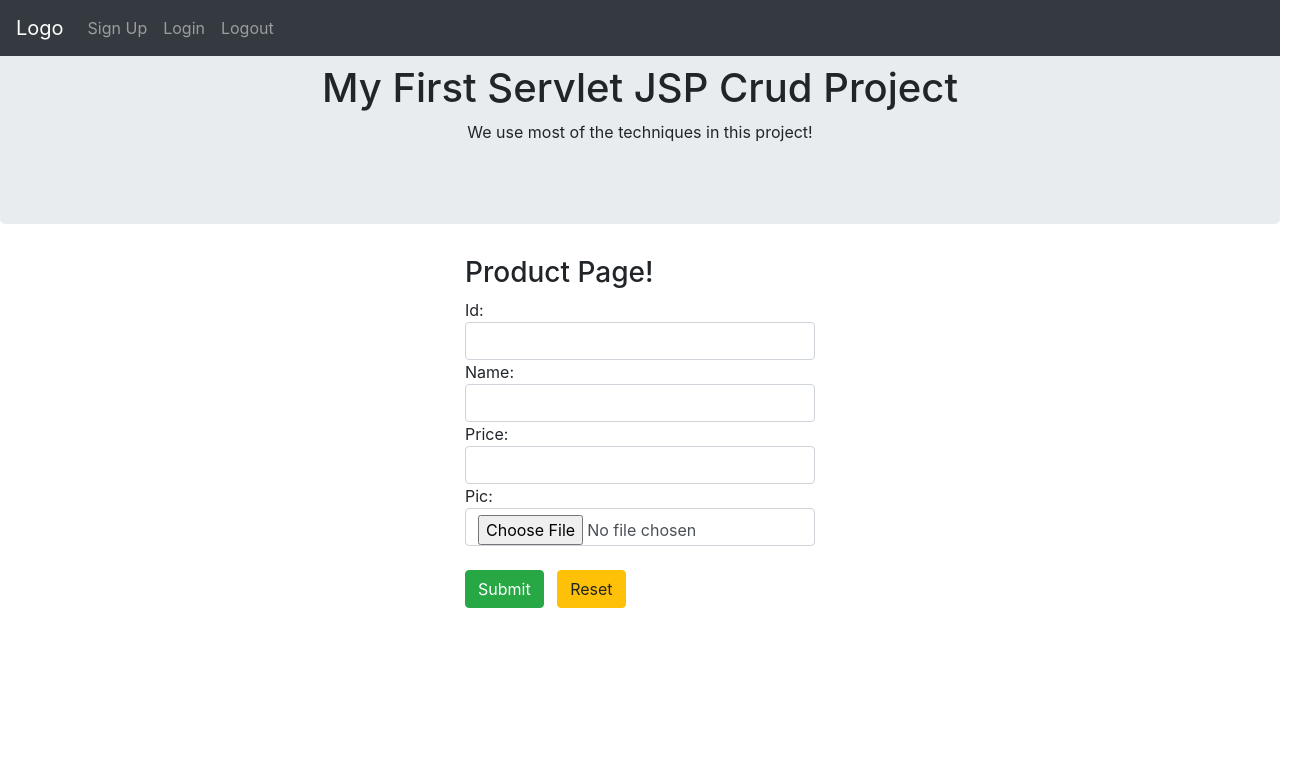
Repository: jagasia/sep-07
Page: http://localhost/sep-07-04/product.jsp
The author's editor kept a copy of each file at every save. The page is drawn from the files as they stood at one save, then again after the next save.
The browser window is 1280 px wide. The page is 1295 px wide, so the pictures cover 1295 px, including what lies to the right of the window. The pictures show the whole page.
The page is served by Tomcat 9. Other server files are loaded and not shown.

Above is the page before, as saved 2022-09-09 04:11:55.

### sep-07-04/WebContent/product.jsp
<%@ page language="java" contentType="text/html; charset=ISO-8859-1"
    pageEncoding="ISO-8859-1"%>
<!DOCTYPE html>
<html>
<head>
<meta charset="ISO-8859-1">
<title>Insert title here</title>
  <link rel="stylesheet" href="https://cdn.jsdelivr.net/npm/bootstrap@4.6.1/dist/css/bootstrap.min.css">
  <script src="https://cdn.jsdelivr.net/npm/jquery@3.6.0/dist/jquery.slim.min.js"></script>
  <script src="https://cdn.jsdelivr.net/npm/popper.js@1.16.1/dist/umd/popper.min.js"></script>
  <script src="https://cdn.jsdelivr.net/npm/bootstrap@4.6.1/dist/js/bootstrap.bundle.min.js"></script>
</head>
<body>
<jsp:include page="menu.jsp"></jsp:include>
<div class="jumbotron text-center">
  <h1>My First Servlet JSP Crud Project</h1>
  <p>We use most of the techniques in this project!</p>
</div>

<div class="container">
  <div class="row">
    <div class="col-sm-4">
      <h3></h3>

    </div>
    <div class="col-sm-4">
      <h3>Product Page!</h3>
      <form method="POST" action="ps" enctype="multipart/form-data">
      	Id: <input type="number" name="id" class="form-control" />
      	Name: <input type="text" name="name" class="form-control" />
      	Price: <input type="number" name="price" class="form-control" />
      	Pic: <input type="file" name="pic" class="form-control" />
      	<br/>
      	<input type="submit" class="btn btn-success" />
      	&nbsp;
      	<input type="reset" class="btn btn-warning" />
      </form>
    </div>
    <div class="col-sm-4">
      <h3></h3>

    </div>
  </div>
</div>

 <div class="row">
    <div class="col-sm-2">
      <h3></h3>

    </div>
    <div class="col-sm-8">
      <h3></h3>

    </div>
    <div class="col-sm-2">
      <h3></h3>

    </div>
 </div>
<br/>
<br/>
<br/>
<br/>
<br/>
<br/>

</body>
</html>

### sep-07-04/WebContent/menu.jsp
<nav class="navbar navbar-expand-sm bg-dark navbar-dark fixed-top">
  <a class="navbar-brand" href="#">Logo</a>
  <ul class="navbar-nav">
    <li class="nav-item">
      <a class="nav-link" href="signup.jsp">Sign Up</a>
    </li>
    <li class="nav-item">
      <a class="nav-link" href="login.jsp">Login</a>
    </li>
    <li class="nav-item">
      <a class="nav-link" href="logout">Logout</a>
    </li>
  </ul>
</nav>

After the next save:
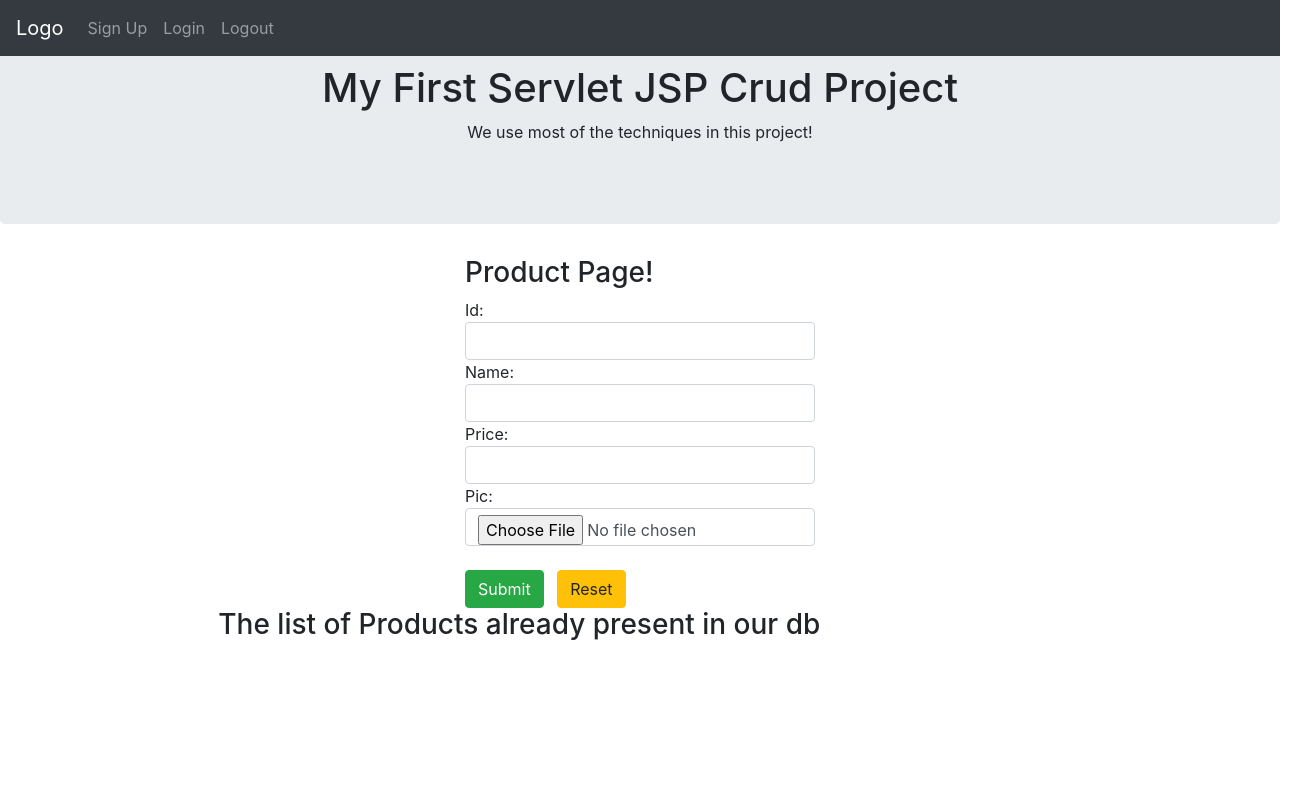
Saved 15 s later.
--- a/sep-07-04/WebContent/product.jsp
+++ b/sep-07-04/WebContent/product.jsp
@@ -49,7 +49,7 @@
 
     </div>
     <div class="col-sm-8">
-      <h3></h3>
+      <h3>The list of Products already present in our db</h3>
 
     </div>
     <div class="col-sm-2">
